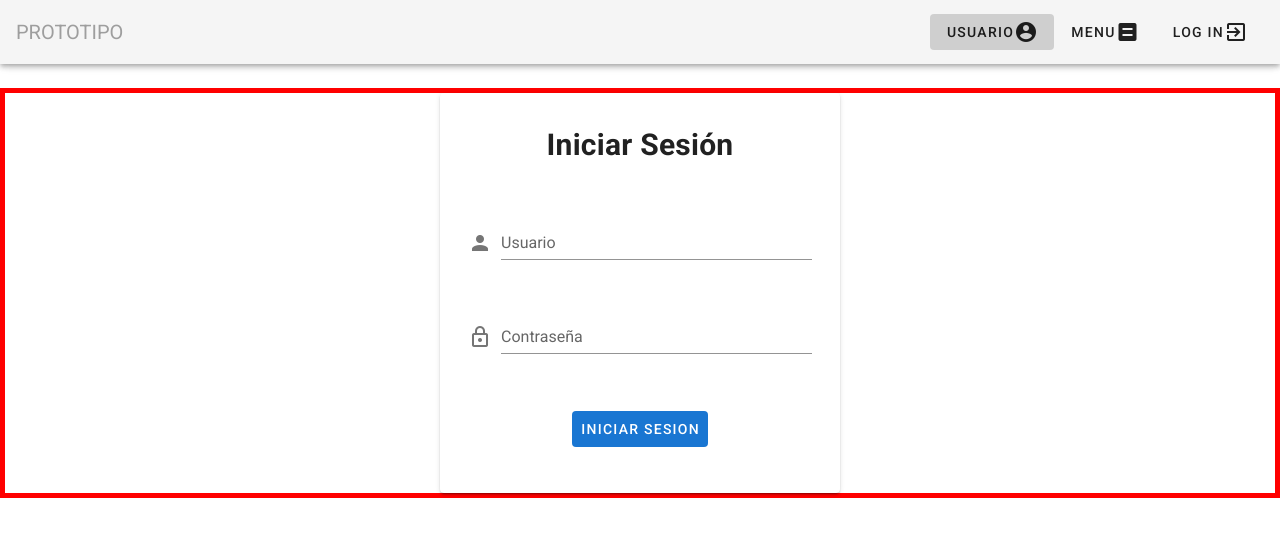
Repository: YojayDeHorta/Administrador-con-filtros
Page: /
An editor plug-in stored every save of this project. The page is shown before and after the next save, followed by the edit.
The browser window is 1280 px wide. The pictures show the whole page.
The project was rebuilt for these pictures with package versions that can differ from the ones it lists, and the page was loaded fresh each time. Also part of the build but not shown: vue.config.js, src/views/Options.vue, src/components/Filtro.vue, src/components/CrudClientes.vue, src/views/Filter.vue.

Above is the page before, as saved 2021-09-25 17:08:52.

After the next save:
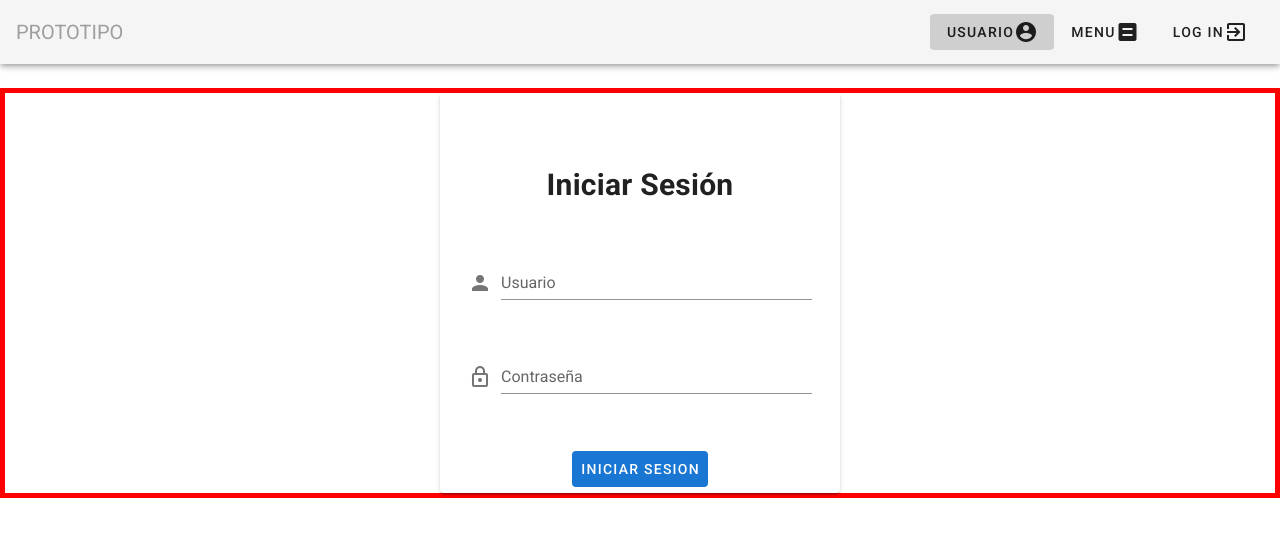
Saved 5 s later.
--- a/src/views/Login.vue
+++ b/src/views/Login.vue
@@ -1,7 +1,7 @@
 <template>
     <div class="Marco_Login d-flex justify-center">
         <v-card height="400px" style="width: 400px">
-            <v-form class="text-center" @submit.prevent="submitAdmin">
+            <v-form class=" mt-10 mb-10 text-center" @submit.prevent="submitAdmin">
                 <v-card-title class="title d-flex justify-center" align="center">
                     <h2 style="width: 200px" class="Titulo text-center mt-5">
                         Iniciar Sesión

After the 2 saves that followed:
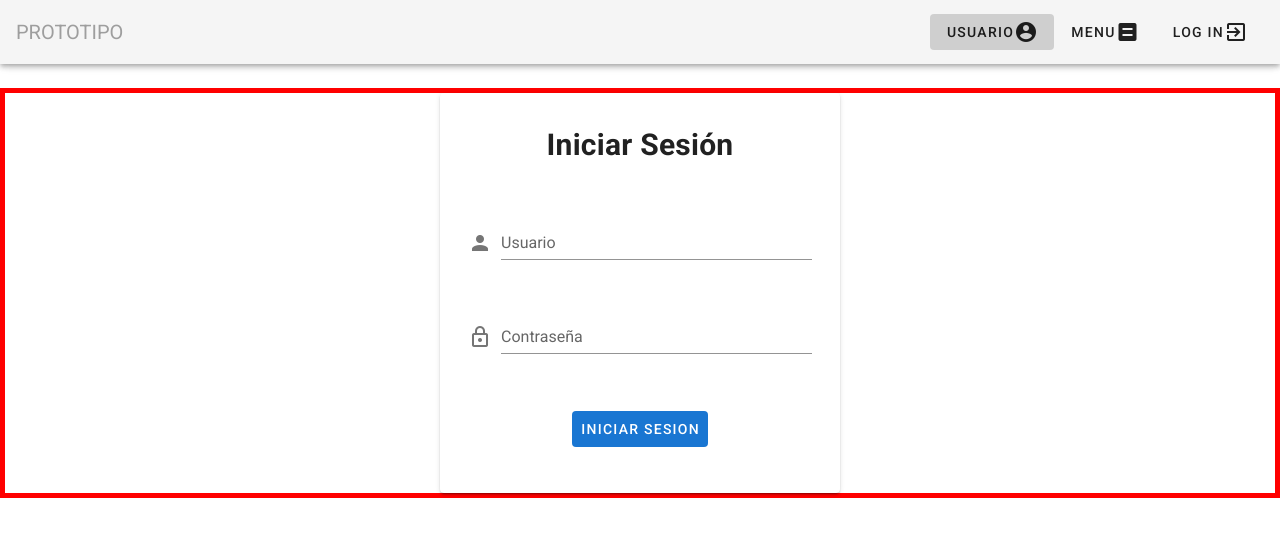
The 2 saves are shown as one change because they came seconds apart.
The last was saved 12 s later.
--- a/src/views/Login.vue
+++ b/src/views/Login.vue
@@ -1,7 +1,7 @@
 <template>
     <div class="Marco_Login d-flex justify-center">
         <v-card height="400px" style="width: 400px">
-            <v-form class=" mt-10 mb-10 text-center" @submit.prevent="submitAdmin">
+            <v-form class="text-center" @submit.prevent="submitAdmin">
                 <v-card-title class="title d-flex justify-center" align="center">
                     <h2 style="width: 200px" class="Titulo text-center mt-5">
                         Iniciar Sesión
